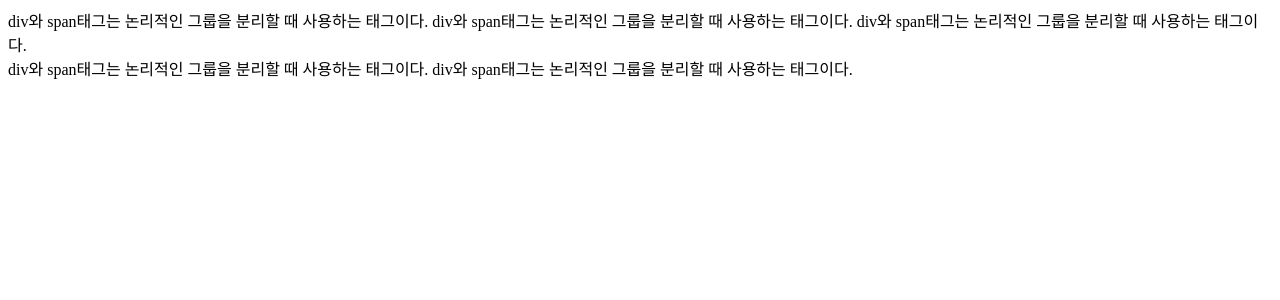
Repository: insunkang/JSP
Page: clientweb/WebContent/html/block_tag.html
An editor plug-in stored every save of this project. The page is shown before and after the next save, followed by the edit.
The browser window is 1280 px wide. The pictures show the whole page.

Above is the page before, as saved 2020-01-02 08:35:19.

After the next save:
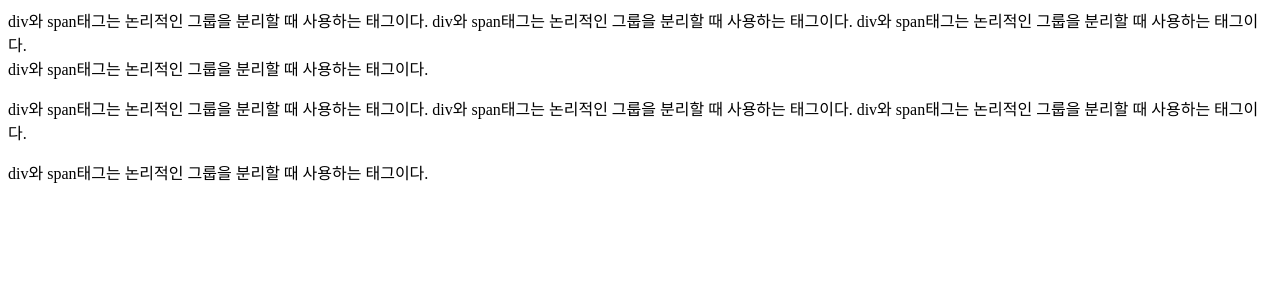
Saved 67 s later.
--- a/clientweb/WebContent/html/block_tag.html
+++ b/clientweb/WebContent/html/block_tag.html
@@ -11,6 +11,11 @@
 		div와 span태그는 논리적인 그룹을 분리할 때 사용하는 태그이다.
 	</div>
 	div와 span태그는 논리적인 그룹을 분리할 때 사용하는 태그이다.
+	<p>
+		div와 span태그는 논리적인 그룹을 분리할 때 사용하는 태그이다.
+		div와 span태그는 논리적인 그룹을 분리할 때 사용하는 태그이다.
+		div와 span태그는 논리적인 그룹을 분리할 때 사용하는 태그이다.
+	</p>
 	div와 span태그는 논리적인 그룹을 분리할 때 사용하는 태그이다.
 </body>
 </html>
